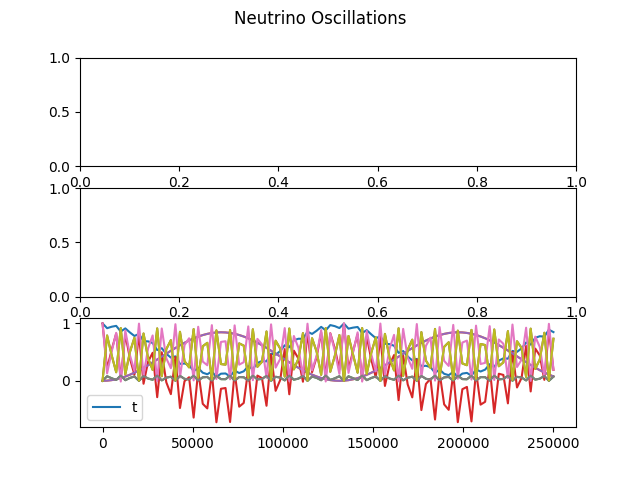
Repository: MichaelCullen2011/QuantumAndNeutrinos
Script's output: python neutrinos.py
An editor plug-in stored every save of this project. The script's output is shown before and after the next save, followed by the edit.
Random numbers start from a fixed seed.

Above is the script's output before, as saved 2021-06-02 16:32:35.

After the next save:
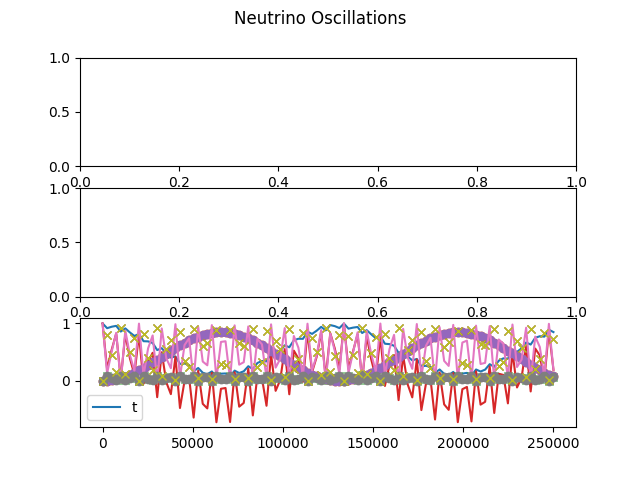
Saved 5 s later.
--- a/neutrinos.py
+++ b/neutrinos.py
@@ -94,8 +94,8 @@ class Oscillations:
 
         for initial_flavours, probs in self.prob_reduced.items():
             plt.plot(self.x_range, probs[0], '-')
-            plt.plot(self.x_range, probs[1], '-')
-            plt.plot(self.x_range, probs[2], '-')
+            plt.plot(self.x_range, probs[1], 'o')
+            plt.plot(self.x_range, probs[2], 'x')
             plt.legend(initial_flavours)
         # plt.legend(self.prob_neut.keys())
         plt.show()
